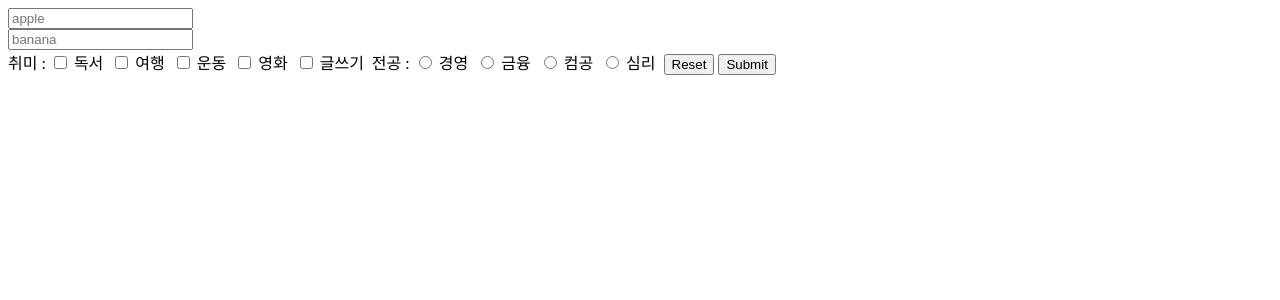
Repository: dev-leeJin/jsp-practice
Page: http://localhost/JSPBasic/JspObject/1.requests/req_param_send.jsp
These files come from the project's save history. The page is drawn as it stood at one moment and after the next save; the edit follows.
The browser window is 1280 px wide. The pictures show the whole page.
The page is served by Tomcat 9.

Above is the page before, as saved 2022-02-03 06:38:09.

After the next save:
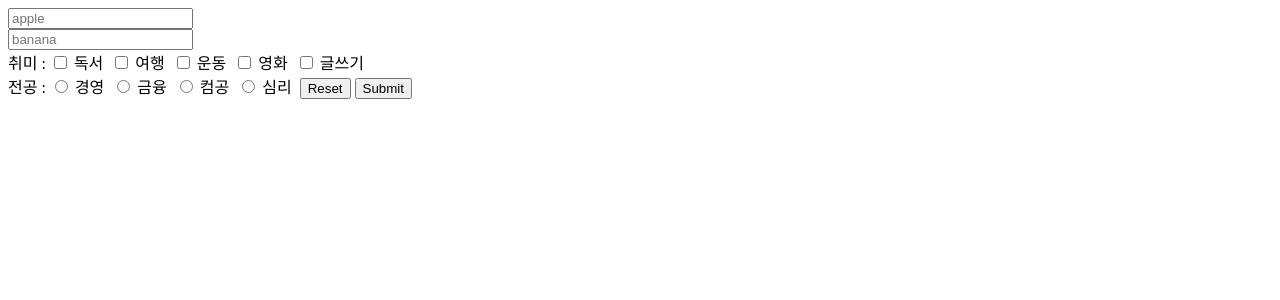
Saved 89 s later.
--- a/JSPBasic/src/main/webapp/JspObject/1.requests/req_param_send.jsp
+++ b/JSPBasic/src/main/webapp/JspObject/1.requests/req_param_send.jsp
@@ -25,7 +25,7 @@ reset버튼과 submit 버튼도 각각 하나씩 만들어주세요. --%>
 	<input type="checkbox" name="hobby" value="여행"/> 여행&nbsp;
 	<input type="checkbox" name="hobby" value="운동"/> 운동&nbsp;
 	<input type="checkbox" name="hobby" value="영화"/> 영화&nbsp;
-	<input type="checkbox" name="hobby" value="글쓰기"/> 글쓰기&nbsp;
+	<input type="checkbox" name="hobby" value="글쓰기"/> 글쓰기&nbsp; <br/>
 
 	전공 :
 	<input type="radio" name="gg" value="경영"/> 경영&nbsp;
